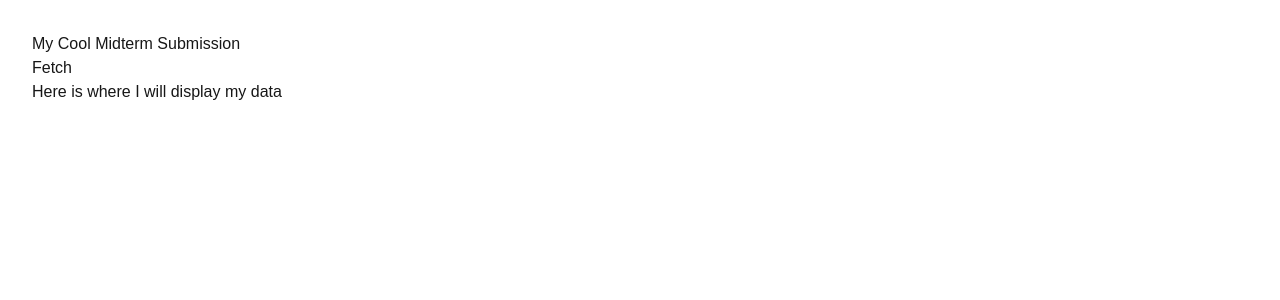
Repository: SamanthaYan298/MDIA-3126-Weds
Page: / (app in midterm-prep/)
These files come from the project's save history. The page is drawn as it stood at one moment and after the next save; the edit follows.
The browser window is 1280 px wide. The pictures show the whole page.
The project was rebuilt for these pictures with package versions that can differ from the ones it lists, and the page was loaded fresh each time. The framework's server and built-in components were replaced by stand-ins that run in the browser. Also part of the build but not shown: midterm-prep/next.config.mjs.

Above is the page before, as saved 2024-10-30 12:19:31.

After the next save:
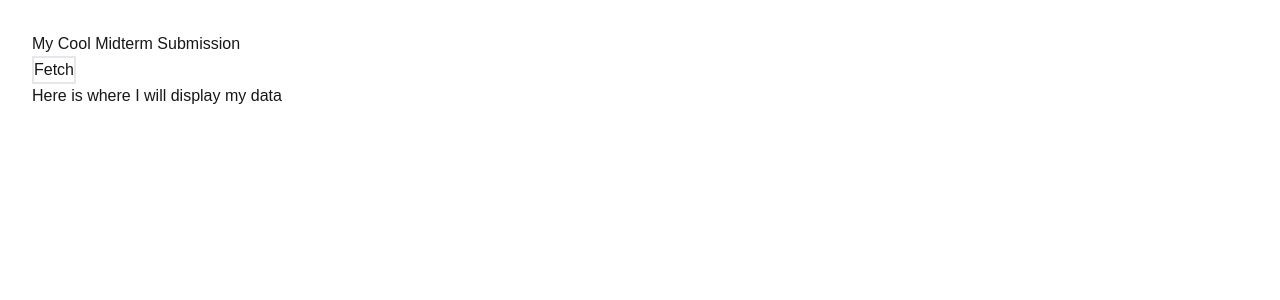
Saved 40 s later.
--- a/midterm-prep/src/app/page.js
+++ b/midterm-prep/src/app/page.js
@@ -15,7 +15,7 @@ export default function Home() {
     <div className="m-8">
       <section>
         <h1>My Cool Midterm Submission</h1>
-        <button>Fetch </button>
+        <button className="border-2">Fetch </button>
       </section>
       <section>Here is where I will display my data</section>
     </div>
